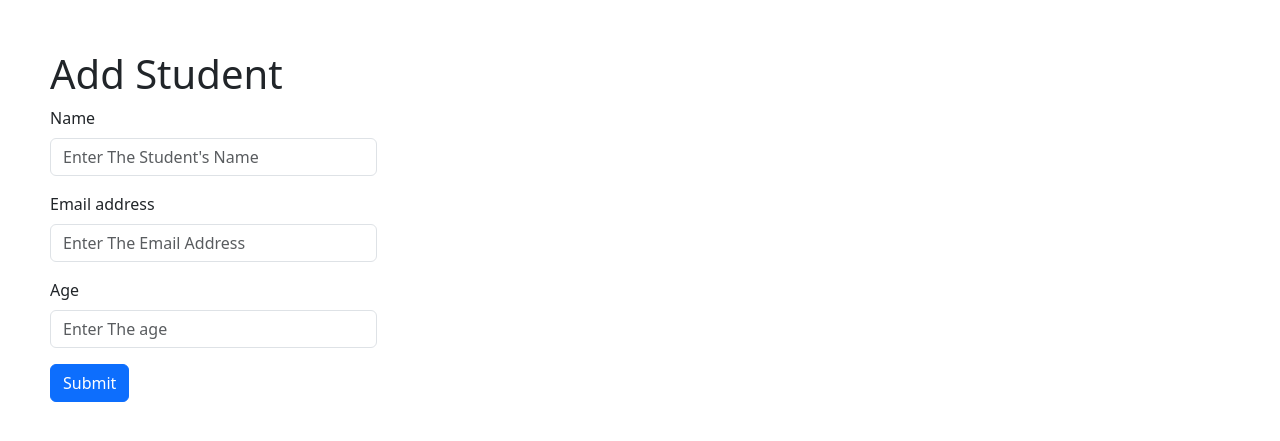
Repository: Manojs14/StudentManagementSystem
Page: http://localhost/Crud_form/
The author's editor kept a copy of each file at every save. The page is drawn from the files as they stood at one save, then again after the next save.
The browser window is 1280 px wide. The pictures show the whole page.
The page is served by Tomcat 9. Nobody is signed in. The application's start-up code is not run. Other server files are loaded and not shown.

Above is the page before, as saved 2024-07-11 03:16:33.

### Crud_form/src/main/webapp/index.jsp
<%@ page language="java" contentType="text/html; charset=UTF-8"
    pageEncoding="UTF-8"%>
<!DOCTYPE html>
<html>
<head>
<meta charset="UTF-8">
<title>The Form</title>
<link href="https://cdn.jsdelivr.net/npm/bootstrap@5.3.2/dist/css/bootstrap.min.css" rel="stylesheet" integrity="sha384-T3c6CoIi6uLrA9TneNEoa7RxnatzjcDSCmG1MXxSR1GAsXEV/Dwwykc2MPK8M2HN" crossorigin="anonymous">
</head>
<body>

    <div class="col-4" style="padding:50px">
        <h1 style="">Add Student</h1>
     <form action="signuphandler.jsp" method="post">
  <div class="mb-3">
    <label for="username" class="form-label">Name </label>
    <input type="text" class="form-control" id="name1" name="name" aria-describedby="text" placeholder="Enter The Student's Name" required>
  </div>
   <div class="mb-3">
    <label for="exampleInputEmail1" class="form-label">Email address</label>
    <input type="email" class="form-control" name="email" required id="email1" aria-describedby="emailHelp" placeholder="Enter The Email Address" required>
  </div>
  <div class="mb-3">
    <label for="number" class="form-label">Age</label>
    <input type="number" class="form-control" name="age" required id="age" placeholder="Enter The age" required>
  </div>
  <button type="submit" class="btn btn-primary">Submit</button>
</form>
</div>
 <script src="https://cdn.jsdelivr.net/npm/@popperjs/core@2.11.8/dist/umd/popper.min.js" integrity="sha384-I7E8VVD/ismYTF4hNIPjVp/Zjvgyol6VFvRkX/vR+Vc4jQkC+hVqc2pM8ODewa9r" crossorigin="anonymous"></script>
<script src="https://cdn.jsdelivr.net/npm/bootstrap@5.3.2/dist/js/bootstrap.min.js" integrity="sha384-BBtl+eGJRgqQAUMxJ7pMwbEyER4l1g+O15P+16Ep7Q9Q+zqX6gSbd85u4mG4QzX+" crossorigin="anonymous"></script>

</body>

After the next save:
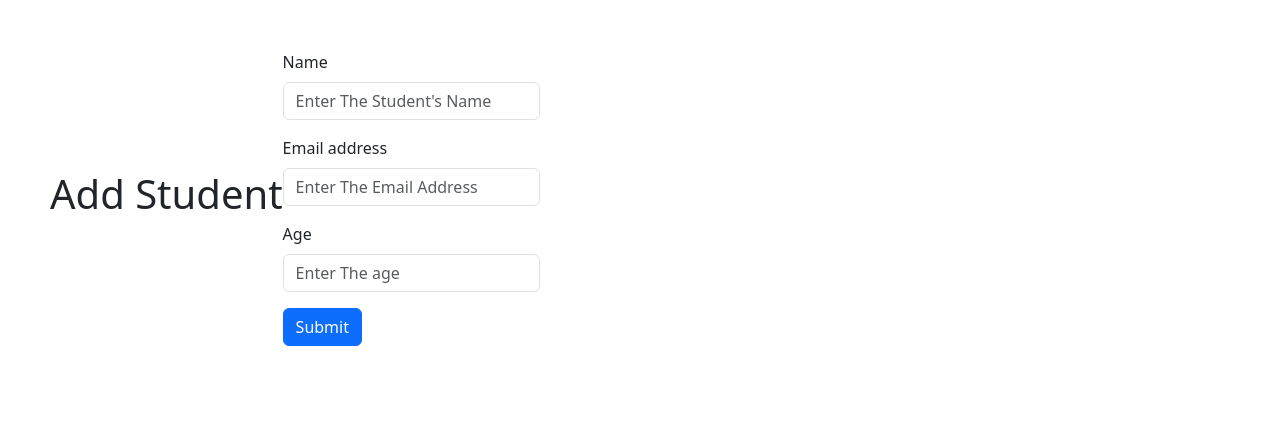
Saved 114 s later.
--- a/Crud_form/src/main/webapp/index.jsp
+++ b/Crud_form/src/main/webapp/index.jsp
@@ -9,7 +9,8 @@
 </head>
 <body>
 
-    <div class="col-4" style="padding:50px">
+    <div style="padding:50px; display: flex;
+  align-items: center;">
         <h1 style="">Add Student</h1>
      <form action="signuphandler.jsp" method="post">
   <div class="mb-3">
